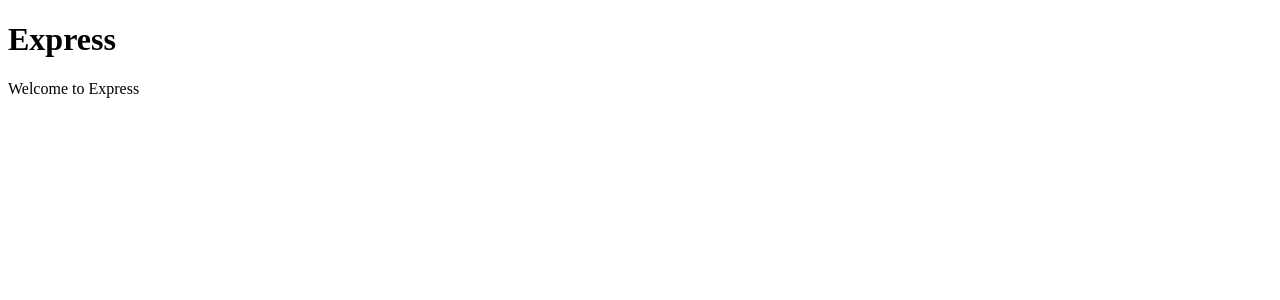
Repository: arsh16/week3_demo2
Page: http://localhost/
These files come from the project's save history. The page is drawn as it stood at one moment and after the next save; the edit follows.
The browser window is 1280 px wide. The pictures show the whole page.
The page is served by the project's Node server (server.js).

Above is the page before, as saved 2021-09-28 12:47:41.

After the next save:
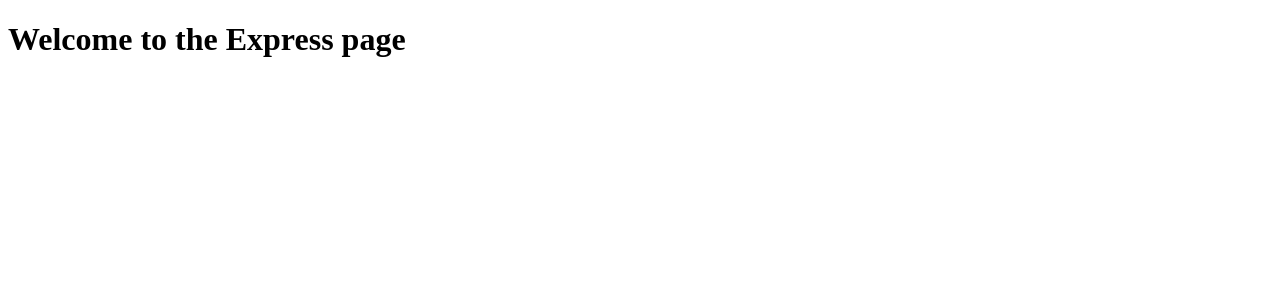
Saved 99 s later.
--- a/views/index.ejs
+++ b/views/index.ejs
@@ -5,7 +5,7 @@
     <link rel='stylesheet' href='/Content/app.css' />
   </head>
   <body>
-    <h1><%= title %></h1>
-    <p>Welcome to <%= title %></p>
+    <h1>Welcome to the <%= title %> page</h1>
+    <p></p>
   </body>
 </html>
